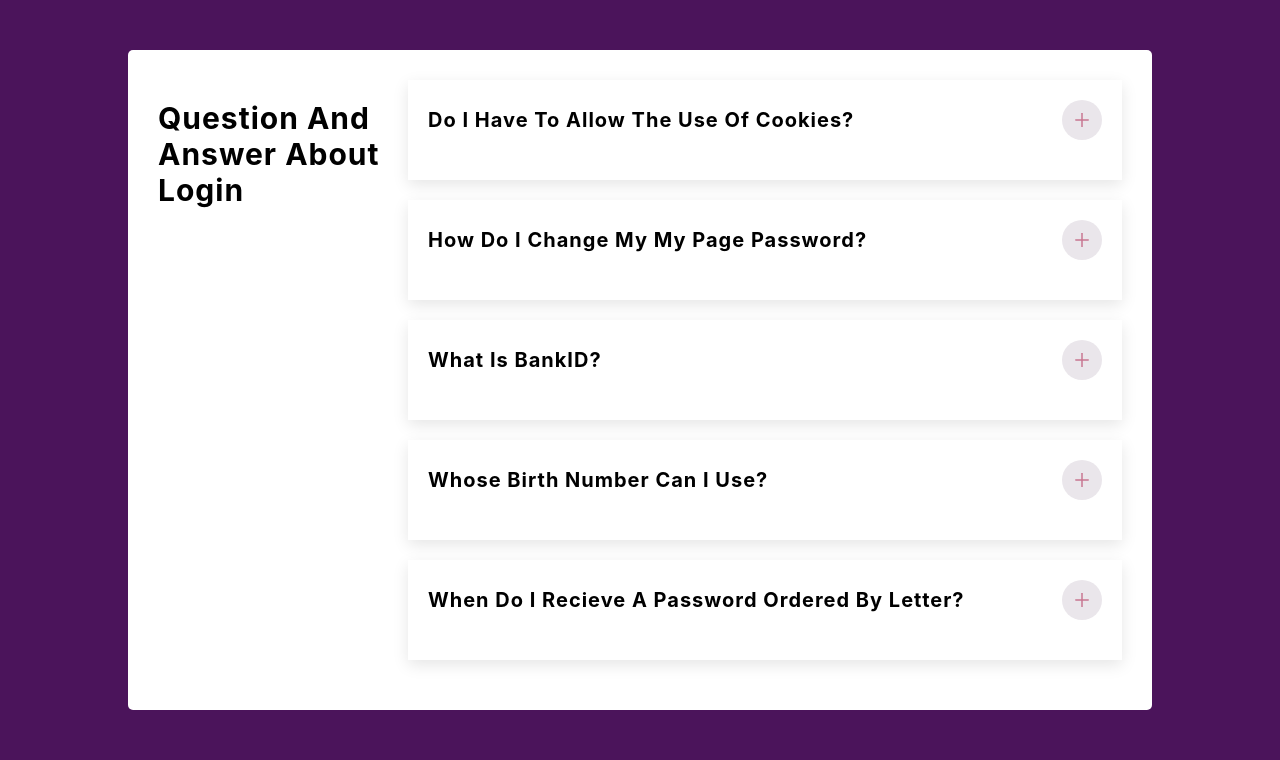
Repository: thaiduy1704/TypeScriptBasic
Page: / (app in 04-Accordion/)
An editor plug-in stored every save of this project. The page is shown before and after the next save, followed by the edit.
The browser window is 1280 px wide. The pictures show the whole page.
The project was rebuilt for these pictures with package versions that can differ from the ones it lists, and the page was loaded fresh each time. Also part of the build but not shown: 04-Accordion/src/App.css.

Above is the page before, as saved 2022-10-28 16:32:51.

### 04-Accordion/src/index.css
:root {
	--transition: all 1s linear;
	--clr-background: #4b145b;
	--clr-white: white;
	--clr-btn: #eae6eb;
	--clr-text: #617d98;
	--light-shadow: 0 5px 15px rgba(0, 0, 0, 0.1);
	--dark-shadow: 0 5px 15px rgba(0, 0, 0, 0.2);
	--fixed-width: 800px;
	--max-width: 1170px;
	--spacing: 0.1rem;
	--radius: 0.5rem;
}

body {
	margin: 0;
	font-family: -apple-system, BlinkMacSystemFont, 'Segoe UI', 'Roboto', 'Oxygen',
		'Ubuntu', 'Cantarell', 'Fira Sans', 'Droid Sans', 'Helvetica Neue',
		sans-serif;
	-webkit-font-smoothing: antialiased;
	-moz-osx-font-smoothing: grayscale;
	background-color: var(--clr-background);
}

code {
	font-family: source-code-pro, Menlo, Monaco, Consolas, 'Courier New',
		monospace;
}

/* Global */
*,
*::before,
*::after {
	box-sizing: border-box;
	margin: 0;
	padding: 0;
}

html {
	font-size: 62.5%; /* 1rem = 10px */
}

h1,
h2,
h3,
h4,
h5 {
	letter-spacing: var(--spacing);
	text-transform: capitalize;
	margin-bottom: 1rem;
}

p {
	font-size: 1.8rem;
	color: var(--clr-text);
}

### 04-Accordion/src/App.tsx
import React from 'react';
import './App.css';
import styled from 'styled-components';
import { data } from './data/data';
import Question from './components/Question';
function App() {
	return (
		<Wrapper>
			<div className='info'>
				<h1>Question and Answer about login</h1>
			</div>
			<div className='question__container'>
				{data.map((item, index) => {
					return <Question {...item} key={index} />;
				})}
			</div>
		</Wrapper>
	);
}

const Wrapper = styled.main`
	width: 80vw;
	min-width: var(--fixex-width);
	margin: 5rem auto;
	background-color: var(--clr-white);
	padding: 3rem;
	border-radius: var(--radius);
	display: grid;
	grid-template-columns: 25rem 1fr;
	h1 {
		font-size: 3rem;
	}
	.info {
		padding-top: 2rem;
	}
`;

export default App;

### 04-Accordion/src/data/data.ts
export const data = [
	{
		id: 1,
		title: 'Do I have to allow the use of cookies?',
		info: 'Unicorn vinyl poutine brooklyn, next level direct trade iceland. Shaman copper mug church-key coloring book, whatever poutine normcore fixie cred kickstarter post-ironic street art.',
	},
	{
		id: 2,
		title: 'How do I change my My Page password?',
		info: 'Coloring book forage photo booth gentrify lumbersexual. Migas chillwave poutine synth shoreditch, enamel pin thundercats fashion axe roof party polaroid chartreuse.',
	},
	{
		id: 3,
		title: 'What is BankID?',
		info: 'Enamel pin fam sustainable woke whatever venmo. Authentic asymmetrical put a bird on it, lumbersexual activated charcoal kinfolk banjo cred pickled sartorial.',
	},
	{
		id: 4,
		title: 'Whose birth number can I use?',
		info: 'Edison bulb direct trade gentrify beard lo-fi seitan sustainable roof party franzen occupy squid. Knausgaard cronut succulents, scenester readymade shabby chic lyft. Copper mug meh vegan gentrify.',
	},
	{
		id: 5,
		title: 'When do I recieve a password ordered by letter?',
		info: 'Locavore franzen fashion axe live-edge neutra irony synth af tilde shabby chic man braid chillwave waistcoat copper mug messenger bag. Banjo snackwave blog, microdosing thundercats migas vaporware viral lo-fi seitan ',
	},
];

### 04-Accordion/src/components/Question.tsx
import React, { useState } from 'react';
import { AiOutlinePlus, AiOutlineMinus } from 'react-icons/ai';
import styled from 'styled-components';

export interface TypeQuestion {
	id: number;
	title: string;
	info: string;
}

const Question: React.FC<TypeQuestion> = ({ id, title, info }) => {
	const [showMore, setShowMore] = useState<Boolean>(false);
	const handleShowMore = () => {
		setShowMore(!showMore);
	};
	return (
		<Wrapper>
			<header>
				<h3>{title}</h3>
				<button
					onClick={() => {
						handleShowMore();
					}}>
					{showMore ? <AiOutlineMinus></AiOutlineMinus> : <AiOutlinePlus />}
				</button>
			</header>
			{showMore && <p>{info}</p>}
		</Wrapper>
	);
};
const Wrapper = styled.article`
	padding: 2rem;
	box-shadow: var(--light-shadow);
	margin-bottom: 2rem;
	header {
		display: flex;
		justify-content: space-between;
		align-items: center;
		margin-bottom: 2rem;
		button {
			color: #c87691;
			background-color: var(--clr-btn);
			padding: 1rem;
			border-radius: 100%;
			border: none;
			font-size: 2rem;
			width: 4rem;
			height: 4rem;
			text-align: center;
			cursor: pointer;
		}
		h3 {
			font-size: 2rem;
			margin: 0;
		}
		p {
			color: #324d67;
		}
	}
`;
export default Question;

Loaded but not shown: 04-Accordion/public/index.html (common file); 04-Accordion/src/index.tsx (common file); 04-Accordion/src/reportWebVitals.ts (common file)

After the next save:
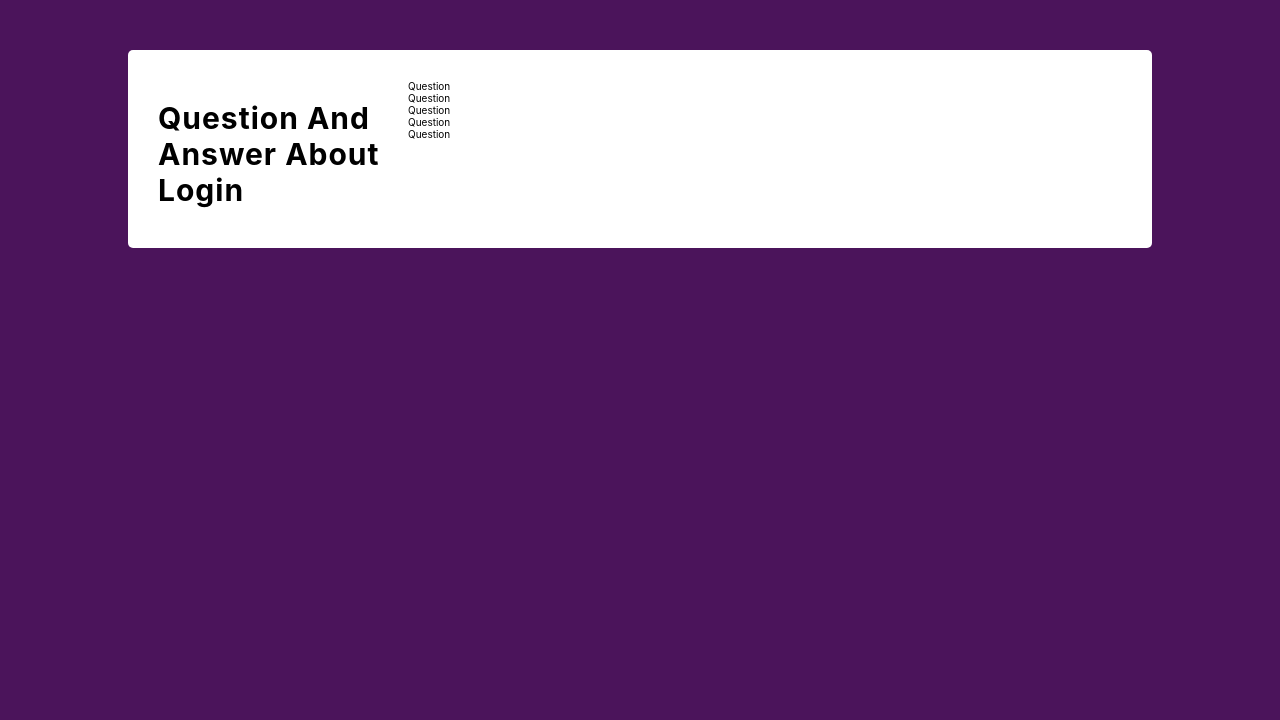
Saved 84 s later.
--- a/04-Accordion/src/components/Question.tsx
+++ b/04-Accordion/src/components/Question.tsx
@@ -1,61 +1,7 @@
-import React, { useState } from 'react';
-import { AiOutlinePlus, AiOutlineMinus } from 'react-icons/ai';
-import styled from 'styled-components';
+import React from 'react';
 
-export interface TypeQuestion {
-	id: number;
-	title: string;
-	info: string;
-}
+const Question = () => {
+	return <div>Question</div>;
+};
 
-const Question: React.FC<TypeQuestion> = ({ id, title, info }) => {
-	const [showMore, setShowMore] = useState<Boolean>(false);
-	const handleShowMore = () => {
-		setShowMore(!showMore);
-	};
-	return (
-		<Wrapper>
-			<header>
-				<h3>{title}</h3>
-				<button
-					onClick={() => {
-						handleShowMore();
-					}}>
-					{showMore ? <AiOutlineMinus></AiOutlineMinus> : <AiOutlinePlus />}
-				</button>
-			</header>
-			{showMore && <p>{info}</p>}
-		</Wrapper>
-	);
-};
-const Wrapper = styled.article`
-	padding: 2rem;
-	box-shadow: var(--light-shadow);
-	margin-bottom: 2rem;
-	header {
-		display: flex;
-		justify-content: space-between;
-		align-items: center;
-		margin-bottom: 2rem;
-		button {
-			color: #c87691;
-			background-color: var(--clr-btn);
-			padding: 1rem;
-			border-radius: 100%;
-			border: none;
-			font-size: 2rem;
-			width: 4rem;
-			height: 4rem;
-			text-align: center;
-			cursor: pointer;
-		}
-		h3 {
-			font-size: 2rem;
-			margin: 0;
-		}
-		p {
-			color: #324d67;
-		}
-	}
-`;
 export default Question;
